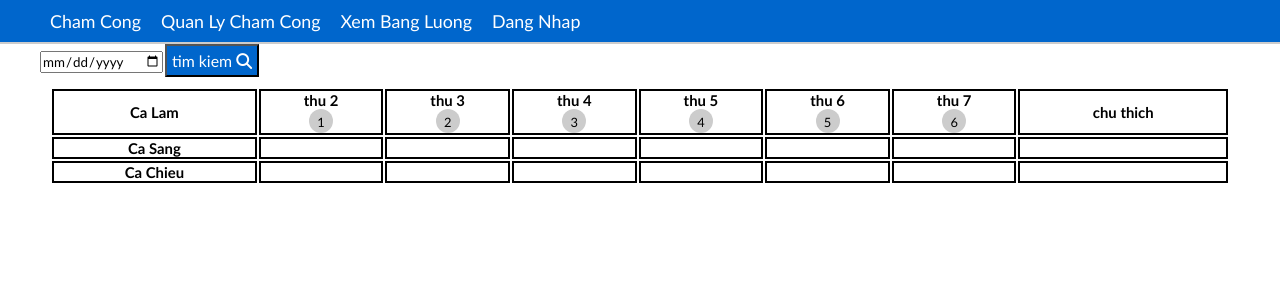
Repository: LDDUNG2003/a
Page: index.html
An editor plug-in stored every save of this project. The page is shown before and after the next save, followed by the edit.
The browser window is 1280 px wide. The pictures show the whole page.
Some web libraries are served in a nearby version.

Above is the page before, as saved 2023-10-14 20:34:33.

### index.html
<!DOCTYPE html>
<html lang="en">

<head>
    <meta charset="UTF-8">
    <meta name="viewport" content="width=device-width, initial-scale=1.0">
    <title>trang chu</title>
    <link rel="stylesheet" href="./controlView/css/base.css">
    <link rel="stylesheet" href="./controlView/css/index.css">
</head>

<body>
    <div class="main">
        <!-- start header -->
        <header class="app__header">
            <nav class="navBar">
                <ul class="navBar-list">
                    <li class="navBar--items"><a href="" class="navbar--link">Cham cong</a></li>
                    <li class="navBar--items"><a href="" class="navbar--link">Quan ly cham cong</a></li>
                    <li class="navBar--items">
                        <a href="" class="navbar--link">Xem bang luong</a></li>
                    <!-- login  -->
                    <li class="navBar--items">
                        <a href="./login.html" class="navbar--link">dang nhap</a></li>
                    <!-- admin menu -->
                    <!-- <li class="navBar--items">
                        admin
                        <ul class="account-list">
                            <li class="account--item"><a href="" class="navbar--link">admin</a></li>
                            <li class="account--item"><a href="" class="navbar--link">quan li nhan su</a></li>
                            <li class="account--item"><a href="" class="navbar--link">dang xuat</a></li>
                        </ul>
                    </li> -->
                    <!-- personnel menu -->
                    <!-- <li class="navBar--items">
                        account name
                        <ul class="account-list">
                            <li class="account--item"><a href="" class="navbar--link">cai dat tai khoan</a></li>
                            <li class="account--item"><a href="" class="navbar--link">dang ki ca lam</a></li>
                            <li class="account--item"><a href="" class="navbar--link">dang xuat</a></li>
                        </ul>
                    </li> -->
                </ul>
            </nav>
        </header>
        <!-- end header -->

        <!-- start content -->
        <div class="app__content">
            <div class="content-date--show">
                <div class="date-show">
                    <input type="date" name="" id="">
                    <button class="search--btn">tim kiem <i class="fa-solid fa-magnifying-glass" style="color: #ffffff;"></i></button>
                </div>
            </div>
            <table class="content-table">
                <tr class="table--row">
                    <th class="table--item-impotain">Ca Lam</th>
                    <th class="table--item">thu 2
                        <span class="table-date--item">1</span>
                    </th>
                    <th class="table--item">thu 3
                        <span class="table-date--item">2</span>
                    </th>
                    <th class="table--item">thu 4
                        <span class="table-date--item">3</span>
                    </th>
                    <th class="table--item">thu 5
                        <span class="table-date--item">4</span>
                    </th>
                    <th class="table--item">thu 6
                        <span class="table-date--item">5</span>
                    </th>
                    <th class="table--item">thu 7
                        <span class="table-date--item">6</span>
                    </th>
                    <th class="table--item">chu thich</th>
                </tr>
                <tr class="table--row">
                    <th class="table--item-impotain">Ca sang</th>
                    <th class="table--item"></th>
                    <th class="table--item"></th>
                    <th class="table--item"></th>
                    <th class="table--item"></th>
                    <th class="table--item"></th>
                    <th class="table--item"></th>
                    <th class="table--item"></th>
                </tr>
                <tr class="table--row">
                    <th class="table--item-impotain">Ca chieu</th>
                    <th class="table--item"></th>
                    <th class="table--item"></th>
                    <th class="table--item"></th>
                    <th class="table--item"></th>
                    <th class="table--item"></th>
                    <th class="table--item"></th>
                    <th class="table--item"></th>
                </tr>
            </table>
        </div>
        <!-- end content -->
    </div>
    <script src="https://kit.fontawesome.com/9ffed7d99e.js" crossorigin="anonymous"></script>
</body>

</html>

### controlView/css/base.css
:root {
    --primary-color: #0066cc;
    --text-color: #040404;
}

* {
    padding: 0px;
    margin: 0px;
    font-family: 'Trebuchet MS', 'Lucida Sans Unicode', 'Lucida Grande', 'Lucida Sans', Arial, sans-serif;
}

html,
body {
    font-size: 0.62rem;
}

.main {}

.app__header {
    color: #fff;
    width: 100%;
    border-bottom: solid 2px #ccc;
    background-color: var(--primary-color);
}

.navBar {
    width: 100%;
    max-width: 1200px;
    margin: auto;
    cursor: pointer;
}

.navBar-list {
    display: flex;
    list-style: none;
    color: #fff;
}

.navBar--items {
    padding: 10px 10px;
    font-size: 1.8rem;
    position: relative;
    text-transform: capitalize;
}

.navBar--items::after {
    content: '';
    padding-top: 5px;
    top: 80%;
    left: 10px;
    display: none;
    /* width: 0px; */
    background-color: var(--primary-color);
    position: absolute;
    width: 70px;
}

.navBar--items:hover .navBar--items::after {
    display: block;
}

.navbar--link {
    text-decoration: none;
    color: inherit;
}

.account-list {
    position: absolute;
    width: 150px;
    display: none;
    list-style: none;
    padding: 4px;
    color: var(--text-color);
    top: 100%;
    left: 0px;
    box-shadow: #414141;
    background-color: white;
}

.navBar--items:hover .account-list {
    display: block;
}

.account--item {
    padding: 5px 0px;
    border-bottom: solid 1px #ccc;
}

### controlView/css/index.css
.app__content {
    width: 100%;
    max-width: 1200px;
    margin: auto;
}

.content-table {
    padding: 10px;
    width: 100%;
    font-size: 1.5rem;
}

.table--row {}

.table--item {
    border: solid 2px #000;
    align-items: center;
}

.table--item-impotain {
    border: solid 2px #000;
    text-transform: capitalize;
}

.table-date--item {
    display: block;
    font-weight: 300;
    background-color: #ccc;
    font-size: 1.3rem;
    width: 14px;
    height: 14px;
    padding: 5px;
    border-radius: 50%;
    margin: auto;
}

.search--btn {
    color: #fff;
    font-size: 1.6rem;
    background-color: var(--primary-color);
    padding: 5px;
}

After the next save:
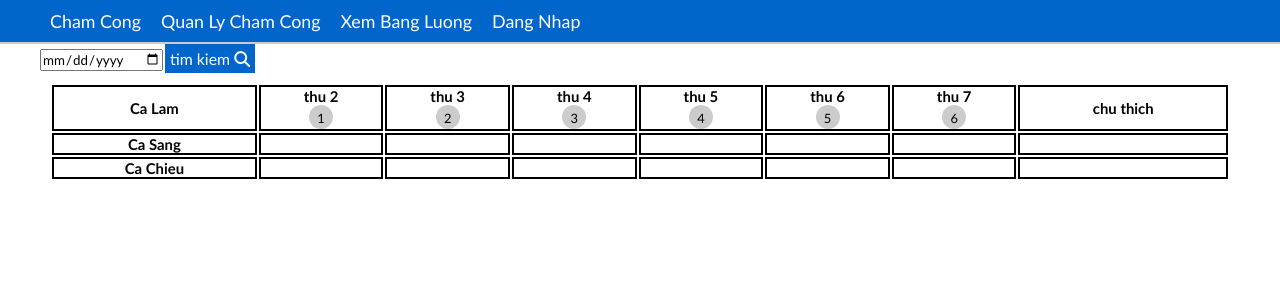
Saved 5 s later.
--- a/controlView/css/index.css
+++ b/controlView/css/index.css
@@ -39,4 +39,5 @@
     font-size: 1.6rem;
     background-color: var(--primary-color);
     padding: 5px;
+    border: none !important;
 }
